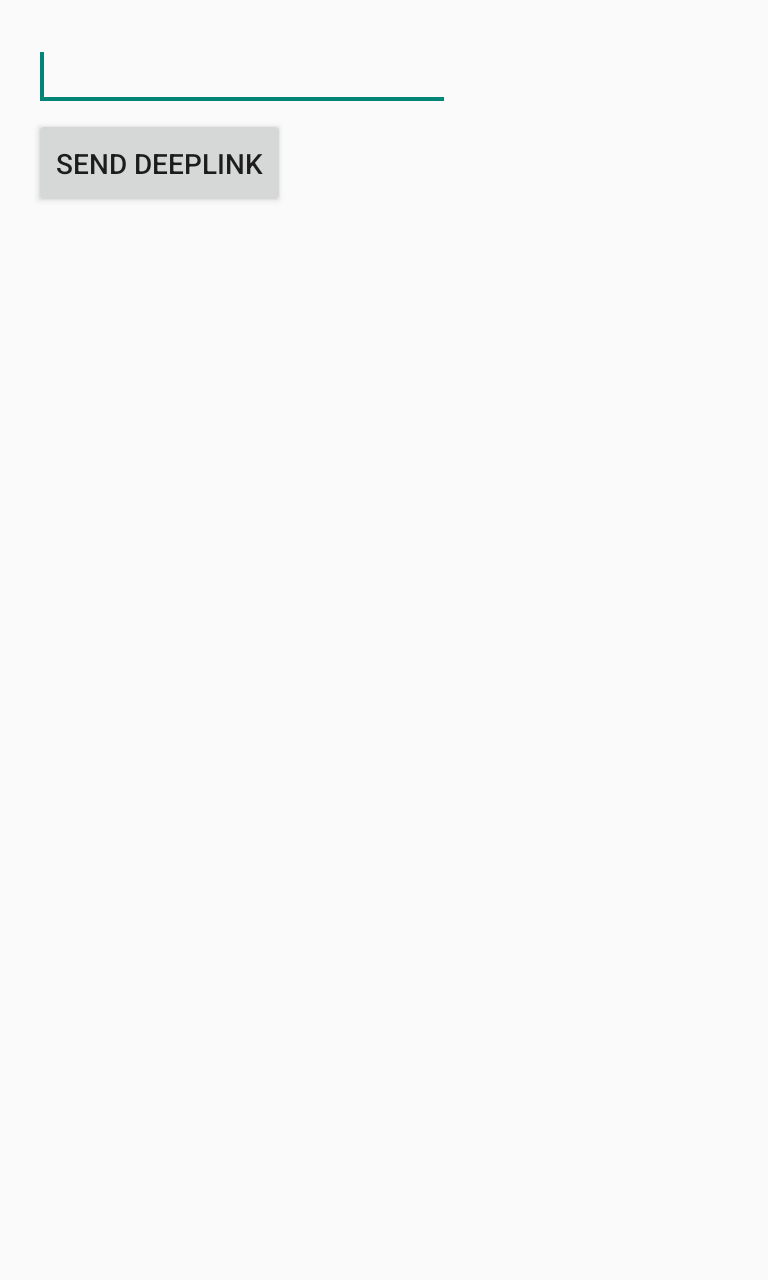
Repository: epancie/prueba_deeplink
Layout: HubCVPlay/res/layout/activity_main_cv_play.xml
An editor plug-in stored every save of this project. The layout is shown before and after the next save, followed by the edit.
It is drawn on a 768 x 1280 px phone screen (xhdpi) without system bars, with theme AppTheme; the app's code is not run.

Above is the layout before, as saved 2014-10-20 00:52:26.

After the next save:
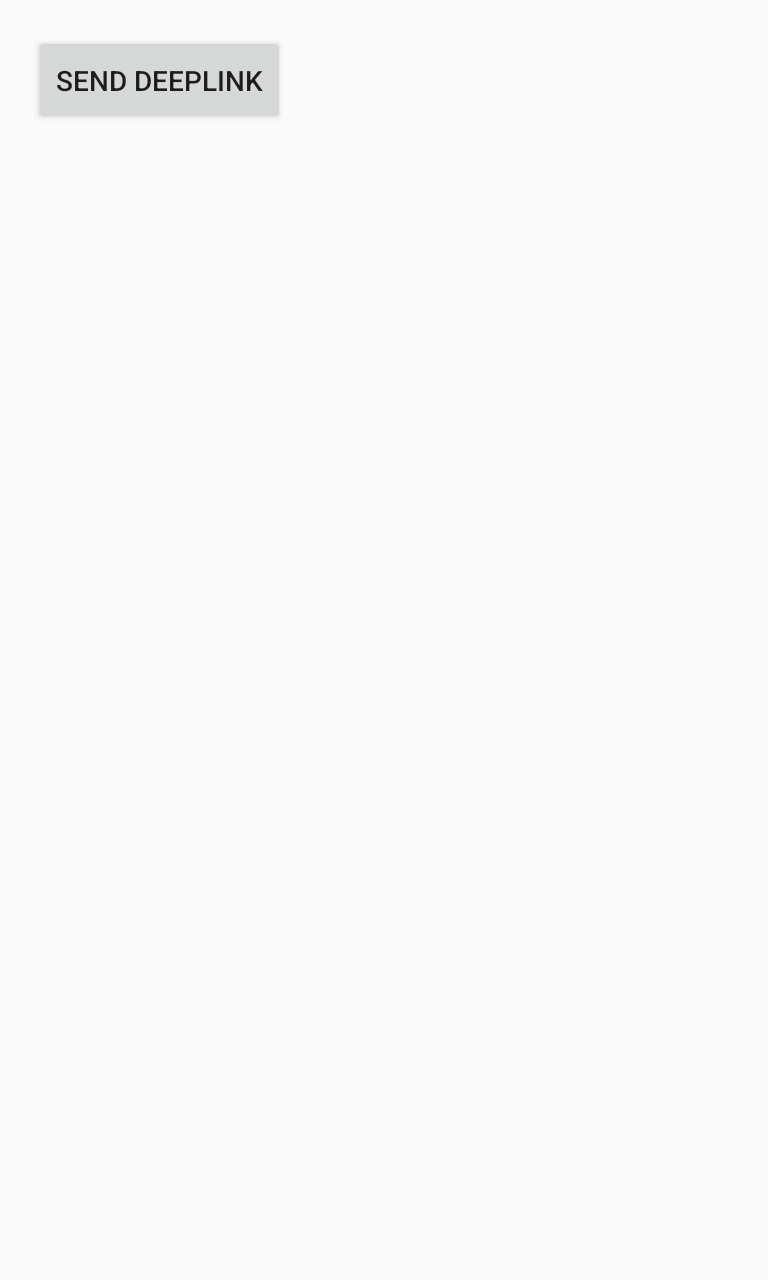
Saved 2 min 5 s later.
--- a/HubCVPlay/res/layout/activity_main_cv_play.xml
+++ b/HubCVPlay/res/layout/activity_main_cv_play.xml
@@ -8,18 +8,7 @@
     android:paddingTop="@dimen/activity_vertical_margin"
     tools:context="com.panchonet.hubcvplay.Main_CvPlay_Activity" >
 
-    <EditText
-        android:id="@+id/assetId"
-        android:layout_width="wrap_content"
-        android:layout_height="wrap_content"
-        android:layout_alignParentLeft="true"
-        android:layout_alignParentTop="true"
-        android:ems="10" >
-
-        <requestFocus />
-    </EditText>
-
-    <Button
+     <Button
         android:id="@+id/deeplink"
         android:layout_width="wrap_content"
         android:layout_height="wrap_content"
